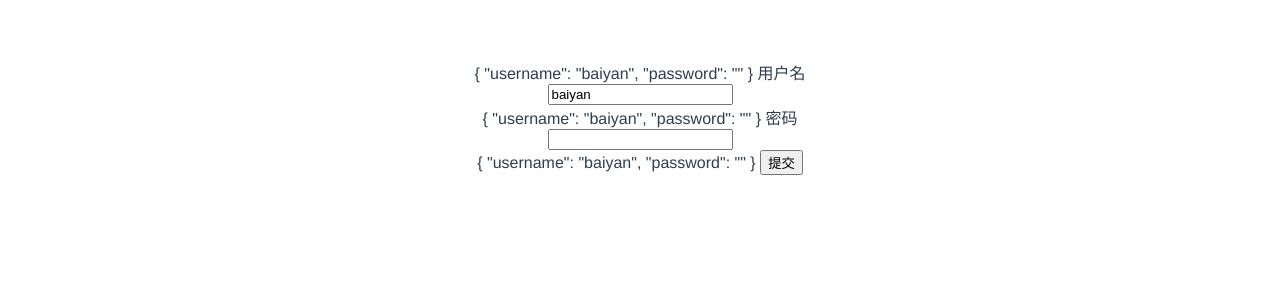
Repository: lxl0302/ClassBegin_-sound_code
Page: /#/kform
The author's editor kept a copy of each file at every save. The page is drawn from the files as they stood at one save, then again after the next save.
The browser window is 1280 px wide. The pictures show the whole page.
The project was rebuilt for these pictures with package versions that can differ from the ones it lists, and the page was loaded fresh each time.

Above is the page before, as saved 2020-07-08 10:29:19.

After the next save:
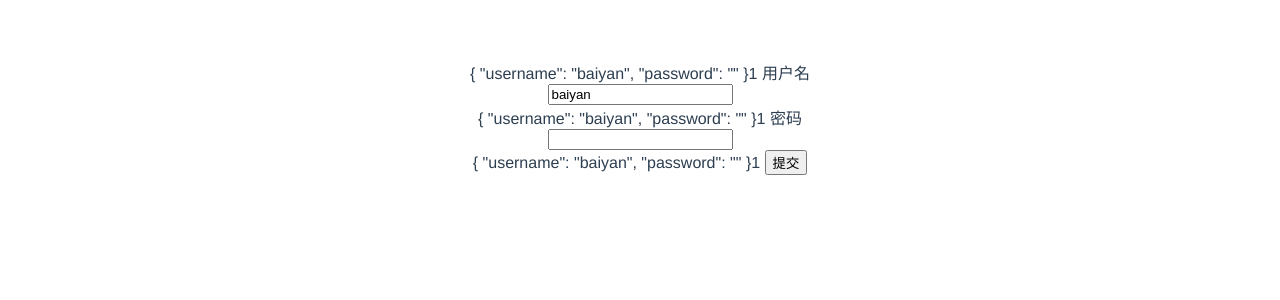
Saved 11 s later.
--- a/src/form/FromItem.vue
+++ b/src/form/FromItem.vue
@@ -1,6 +1,6 @@
 <template>
   <div class>
-    {{form.model}}
+    {{form.model}}1
     {{form.rules}}
     <label v-if="label">{{label}}</label>
     <slot></slot>
